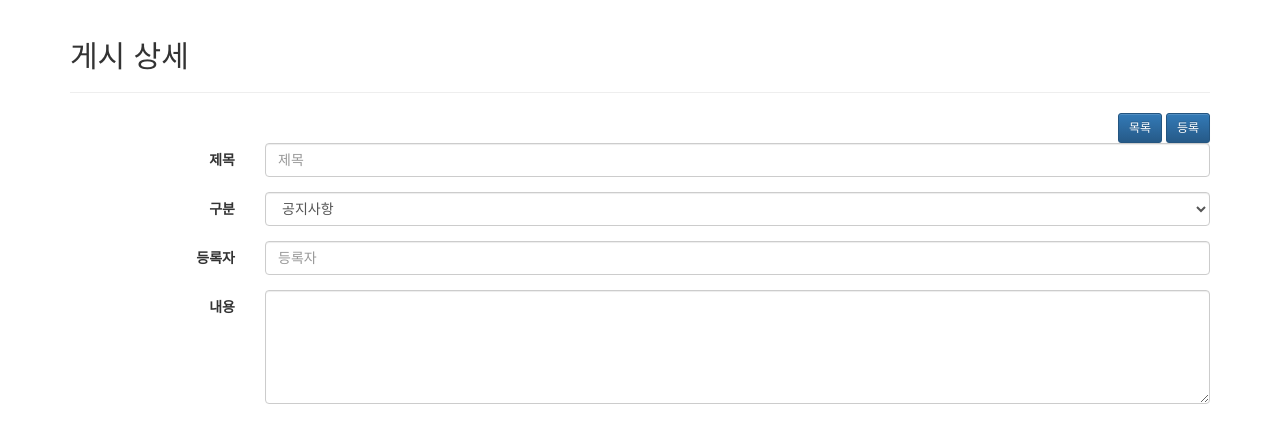
Repository: dongseon-git/WEB_JSP
Page: workspace/studyhtml5/WebContent/bootstrap/boot_list.html
An editor plug-in stored every save of this project. The page is shown before and after the next save, followed by the edit.
The browser window is 1280 px wide. The pictures show the whole page.

Above is the page before, as saved 2022-05-24 03:14:52.

### workspace/studyhtml5/WebContent/bootstrap/boot_list.html
<!--HTML COMMENT-->
<!DOCTYPE html>
<html>
<head>
<meta name="viewport" content="width=device-width, initial-scale=1.0">
<meta charset="UTF-8">
<!-- 부트스트랩 -->
<!-- 합쳐지고 최소화된 최신 CSS -->
<link rel="stylesheet" href="https://maxcdn.bootstrapcdn.com/bootstrap/3.3.2/css/bootstrap.min.css">
<!-- 부가적인 테마 -->
<link rel="stylesheet" href="https://maxcdn.bootstrapcdn.com/bootstrap/3.3.2/css/bootstrap-theme.min.css">
<!-- JQuery 라이브러리 bootstrap.min.js보다 항상 먼저 와야 한다. -->
<script
  src="https://code.jquery.com/jquery-1.12.4.js"
  integrity="sha256-Qw82+bXyGq6MydymqBxNPYTaUXXq7c8v3CwiYwLLNXU="
  crossorigin="anonymous"></script>
<!-- 합쳐지고 최소화된 최신 자바스크립트 -->
<script src="https://maxcdn.bootstrapcdn.com/bootstrap/3.3.2/js/bootstrap.min.js"></script>


<!--스타일 시트-->
<style type="text/css">

</style>

<title>Insert title here</title>
<!--자바스크립트 코드-->
<script type = "text/javascript">

</script>
</head>
<body>
    <!-- div container -->
    <div class="container">
        <!-- 제목 -->
        <div class="page-header">
            <h2>게시 상세</h2>
        </div>
        <!--//제목  ------------------------------------------->
        <!-- 버튼 -->
        <div class="row text-right">
            <label class="col-sm-3 col-md-2 col-lg-2"></label>
            <div class="col-sm-9 col-md-10 col-lg-10">
                <input type="button" class="btn btn-primary btn-sm" value="목록">
                <input type="button" class="btn btn-primary btn-sm" value="등록">
            </div>
        </div>
        <!--//버튼 -------------------------------------------->
        <!-- form -->
        <form action="" class="form-horizontal">
            <div class="form-group">
                <label for="title" class="col-sm-3 col-md-2 col-lg-2 control-label">제목</label>
                <div class="col-sm-9 col-md-10 col-lg-10">
                    <input type="text" maxlength="100" name="title" id="title" placeholder="제목" class="form-control">
                </div>
            </div>
            <div class="form-group">
                <label for="div" class="col-sm-3 col-md-2 col-lg-2 control-label">구분</label>
                <div class="col-sm-9 col-md-10 col-lg-10">
                    <select name="div" id="div" class="form-control">
                        <option value="10">공지사항</option>
                        <option value="20">자유게시판</option>
                    </select>
                </div>
            </div>
            <div class="form-group">
                <label for="regId" class="col-sm-3 col-md-2 col-lg-2 control-label">등록자</label>
                <div class="col-sm-9 col-md-10 col-lg-10">
                    <input type="text" maxlength="100" name="regId" id="regId" placeholder="등록자" class="form-control">
                </div>
            </div>
            <!-- 내용 -->
            <div class="form-group">
                <label for="contents" class="col-sm-3 col-md-2 col-lg-2 control-label">내용</label>
                <div class="col-sm-9 col-md-10 col-lg-10">
                    <textarea name="contents" id="contents" cols="20" rows="5" class="form-control"></textarea>
                </div>
            </div>
            <!--//내용 ---------------------------------------->
        </form>
        <!--//form -------------------------------------------->
    </div>
    <!--//div container --------------------------------------->
</body>
</html>

After the next save:
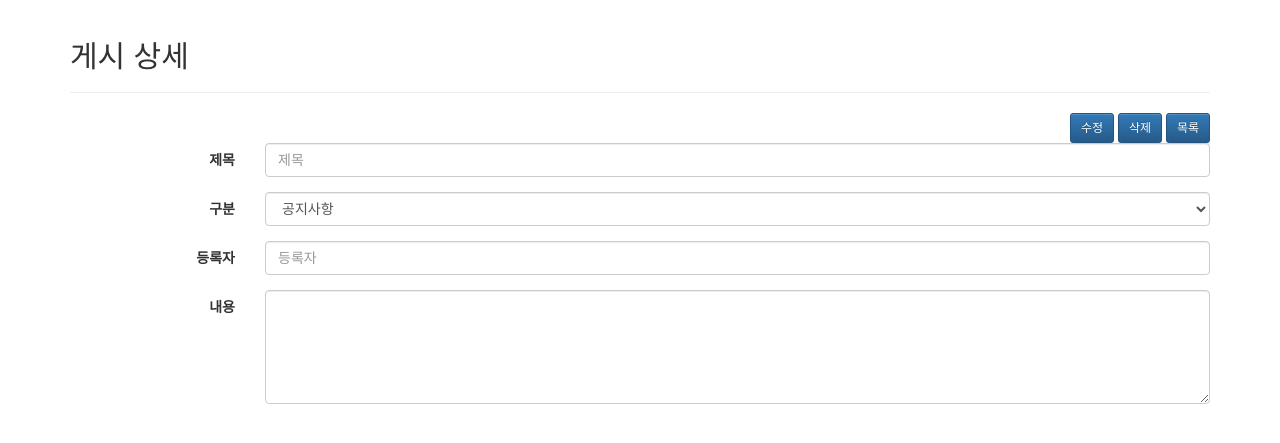
Saved 46 s later.
--- a/workspace/studyhtml5/WebContent/bootstrap/boot_list.html
+++ b/workspace/studyhtml5/WebContent/bootstrap/boot_list.html
@@ -41,8 +41,9 @@
         <div class="row text-right">
             <label class="col-sm-3 col-md-2 col-lg-2"></label>
             <div class="col-sm-9 col-md-10 col-lg-10">
+                <input type="button" class="btn btn-primary btn-sm" value="수정">
+                <input type="button" class="btn btn-primary btn-sm" value="삭제">
                 <input type="button" class="btn btn-primary btn-sm" value="목록">
-                <input type="button" class="btn btn-primary btn-sm" value="등록">
             </div>
         </div>
         <!--//버튼 -------------------------------------------->
